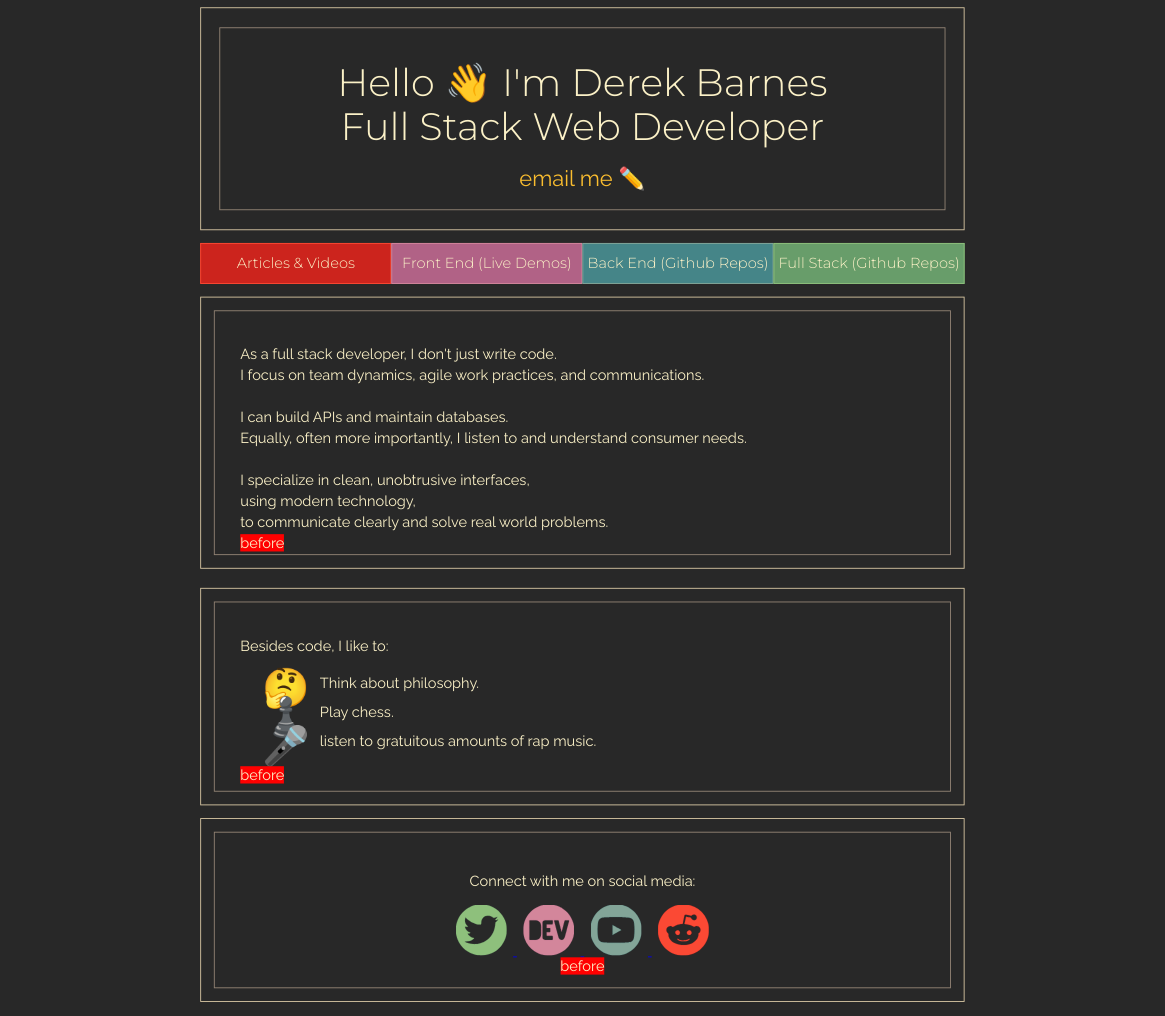
Repository: dsbarnes/groovy-blog
Page: index.html
These files come from the project's save history. The page is drawn as it stood at one moment and after the next save; the edit follows.
The browser window is 1280 px wide. The pictures show the whole page, at 91% of full size.
The style sheet was rebuilt from its Sass, Less or Tailwind sources for each picture, by a compiler version that may differ from the author's.

Above is the page before, as saved 2020-05-11 16:06:17.

### index.html
<!DOCTYPE html>
<html lang="en">

<head>
    <meta charset="UTF-8">
    <meta name="viewport" content="width=device-width, initial-scale=1.0">
    <link href="https://fonts.googleapis.com/css2?family=Montserrat:wght@300&display=swap" rel="stylesheet">
    <link href="https://fonts.googleapis.com/css2?family=Raleway&display=swap" rel="stylesheet">

    <title>D.S. Barnes</title>

    <link rel="stylesheet" href="./CSS/style.css">
</head>

<body>
    <div class="container">

        <div id='nameCard'>
            <div id="doubleBorder">
                <p>Hello 👋 I'm Derek Barnes</p>
                <p>Full Stack Web Developer</p>
                <br />
                <small><a href='mailto:derekb0147@gmail.com'>email me ✏️</a></small>
                <br />
            </div>
        </div>

        <div id='selections'>
            <p class='nav' data-color='red' id='articles'>Articles & Videos</p>
            <p class='nav' data-color='purple' id='frontend'>Front End (Live Demos)</p>
            <p class='nav' data-color='blue' id='backend'>Back End (Github Repos)</p>
            <p class='nav' data-color='aqua' id='fullstack'>Full Stack (Github Repos)</p>
        </div>

        <!-- <button id="toggle-button">Toggle collapse</button> -->

        <!-- Section one -->
        <div class="content">
            <div class='double-border'>
                <div id='content-section-text'>
                    <p>As a full stack developer, I don't just write code.</p>
                    <p>I focus on team dynamics, agile work practices, and communications.</p>
                    <br />
                    <p>I can build APIs and maintain databases.</p>
                    <p>Equally, often more importantly, I listen to and understand consumer needs.</p>
                    <br />
                    <p>I specialize in clean, unobtrusive interfaces,</p>
                    <p>using modern technology,</p>
                    <p>to communicate clearly and solve real world problems.</p>
                </div>
            </div>
        </div>


        <!-- Section two -->
        <div class="hobbies">
            <div class='double-border'>

                <p>Besides code, I like to:</p>
                <br />

                <p class='xpad'>
                    <span class='bigEmoji'>🤔</span>
                    <span class='emojiText'>Think about philosophy.</span>
                </p>

                <p class='xpad'>
                    <span class='bigEmoji'>♟️</span>
                    <span class='emojiText'>Play chess.</span>
                </p>

                <p class='xpad'>
                    <span class='bigEmoji'>🎤</span>
                    <span class='emojiText'>listen to gratuitous amounts of rap music.</span>
                </p>
            </div>
        </div>


        <!-- Section three -->
        <div class="social-media">
            <div class="double-border">

                <p>Connect with me on social media:</p>

                <div id='media-icons'>
                    <a href='https://twitter.com/DerekBarnes0' id='twitter'>
                        <img src='../SVG/twitterLogo.svg'>
                    </a></img>

                    <a href='https://dev.to/dsbarnes' id="devto">
                        <img src='../SVG/devLogo.svg'>
                    </a></img>

                    <a href='https://www.youtube.com/channel/UC4wXeImm3FqzbxJvwSMoQFg?view_as=subscriber' id='youtube'>
                        <img src='../SVG/youtubeLogo.svg'>
                    </a></img>

                    <a href='https://www.reddit.com/user/snipethebird' id='reddit'>
                        <img src='../SVG/redditLogo.svg'>
                    </a></img>
                </div>

            </div>
        </div>

    </div><!-- container -->

    <script type=module src="index.js"></script>
</body>

</html>

### index.js
import articles from './components/articles.js'
import repos from './components/repos.js'

import articlesData from './siteData/articles.js'
import backendData from './siteData/backEnd.js'
import frontendData from './siteData/frontEnd.js'
import fullstackData from './siteData/fullStack.js'

const handleRemoveData = () => {
    const sections = Array.from(document.querySelectorAll('[id*="section-text"]'))

    for (const section of sections) {
        const elementsToRemove = Array.from(section.children)
        for (const element of elementsToRemove)
            element.remove()
    }
}

const populateData = (id) => {
    id == 'articles' && articles(articlesData)
    id == 'frontend' && repos(frontendData)
    id == 'backend' && repos(backendData)
    id == 'fullstack' && repos(fullstackData)
}

const handleTransition = (id) => {
    // Adds overflow: scroll to the content car:
    document.querySelector('.content')
        .classList.add('collapsed')

    // Shrinks and fades out the middle card:
    document.querySelector('.hobbies')
        .classList.add('collapsed')

    // Adjusts the social media card:
    document.querySelector('.social-media')
        .classList.add('collapsed')

    populateData(id)
}

let active = null
document.querySelectorAll('.nav')
    .forEach(btn => btn.addEventListener('click', function () {
        // Set active section
        // Click the currently active section does nothing
        if (active == this.id) return
        active = this.id

        handleRemoveData()

        const hobbies = document.querySelector('.hobbies').classList
        // If hobbies is collapsed then only repopulate the data
        hobbies.contains('collapsed') ?
            // Fades in the articles:
            populateData(this.id) :
            // Fades out about card, then runs populateData()
            handleTransition(this.id)
    }))

### components/articles.js
function modules(arr) {
    const root = document.getElementById('content-section-text')

    // Conceptually this is the same thing as
    // handleElementSection in repos.js
    // however, it builds two different components.
    const handleElementSection = (element) => {
        const container = document.createElement('div')
        const title = document.createElement('h1')
        const date = document.createElement('p')
        const short = document.createElement('p')

        title.innerHTML = element['Title']
        container.appendChild(title)

        date.innerHTML = element['Date']
        container.appendChild(date)

        short.innerHTML = element['Short']
        container.appendChild(short)

        container.classList.add('article-repo')
        root.appendChild(container)
    }

    for (const i in arr) {
        // setTimeout is non-blocking
        // IIFE to prevent setTimeout from stacking
        // and executing all at once:
        (() => {
            const element = arr[i]
            setTimeout(() => {
                handleElementSection(element)
                // Not for(of) b/c i is necessary here:
            }, 160 * i)
        })(i)
    }
}

export default modules

### components/repos.js
function repos(arr) {

    const root = document.getElementById('content-section-text')

    // for (const element of arr) {

    // Conceptually this is the same thing as
    // handleElementSection in articles.js
    // however, it builds two different components.
    const handleElementSection = (element) => {
        const container = document.createElement('div')
        const titleAndLinks = document.createElement('div')
        const title = document.createElement('h1')
        const repolink = document.createElement('p')
        const demolink = document.createElement('p')
        const description = document.createElement('p')

        titleAndLinks.classList.add('repo-title-links')

        title.innerHTML = element['Repo']
        titleAndLinks.appendChild(title)

        repolink.innerHTML = element['RepoLink']
        titleAndLinks.appendChild(repolink)

        if (element['DemoLink'] != undefined) {
            demolink.innerHTML = element['DemoLink']
            container.appendChild(demolink)
            titleAndLinks.appendChild(demolink)
        }

        container.appendChild(titleAndLinks)

        description.innerHTML = element['Description']
        description.classList.add('repo-description')
        container.appendChild(description)

        container.classList.add('article-repo')
        root.appendChild(container)
    }

    // }

    for (const i in arr) {
        // setTimeout is non-blocking
        // IIFE to prevent setTimeout from stacking
        // and executing all at once:
        (() => {
            const element = arr[i]
            setTimeout(() => {
                handleElementSection(element)
            }, 200 * i)
        })(i)
    }
}

export default repos

### siteData/articles.js
const articleData = [
    {
        "Title": "Article Project One",
        "Date": "date-posted",
        "Short": "Lorem ipsum"
    },
    {
        "Title": "Article Project Two",
        "Date": "date-posted",
        "Short": "fjdklsafjdlks;fajsdl;f"
    },
    {
        "Title": "Article Project Three",
        "Date": "date-posted",
        "Short": "fjdklsafjdlks;fajsdl;f"
    },
    {
        "Title": "Article Project Four",
        "Date": "date-posted",
        "Short": "fjdklsafjdlks;fajsdl;f"
    },
    {
        "Title": "Article Project Five",
        "Date": "date-posted",
        "Short": "fjdklsafjdlks;fajsdl;f"
    }
]

export default articleData

### siteData/backEnd.js
const backendData = [
    {
        "Repo": "Back End Project One",
        "RepoLink": "blah.com",
        "Description": "README.md"
    },
    {
        "Repo": "Back End Project Two",
        "RepoLink": "blah.com",
        "Description": "README.md"
    },
    {
        "Repo": "Back End Project Three",
        "RepoLink": "blah.com",
        "Description": "README.md"
    },
    {
        "Repo": "Back End Project Four",
        "RepoLink": "blah.com",
        "Description": "README.md"
    },
    {
        "Repo": "Back End Project Five",
        "RepoLink": "blah.com",
        "Description": "README.md"
    }
]

export default backendData

### siteData/frontEnd.js
const frontendData = [
    {
        "Repo": "Front End Project One",
        "RepoLink": "blah.com",
        "DemoLink": "demo link",
        "Description": "Lorem ipsum dolor sit amet, consectetur adipiscing elit, sed do eiusmod tempor incididunt ut labore et dolore magna aliqua. Dolor sit amet consectetur adipiscing elit duis tristique.Lorem ipsum dolor sit amet, consectetur adipiscing elit, sed do eiusmod tempor incididunt ut labore et dolore magna aliqua. Dolor sit amet consectetur adipiscing elit duis tristique.Lorem ipsum dolor sit amet, consectetur adipiscing elit, sed do eiusmod tempor incididunt ut labore et dolore magna aliqua. Dolor sit amet consectetur adipiscing elit duis tristique."
    },
    {
        "Repo": "Front End Project Two",
        "RepoLink": "blah.com",
        "DemoLink": "demo link",
        "Description": "README.md"
    },
    {
        "Repo": "Front End Project Three",
        "RepoLink": "blah.com",
        "DemoLink": "demo link",
        "Description": "README.md"
    },
    {
        "Repo": "Front End Project Four",
        "RepoLink": "blah.com",
        "DemoLink": "demo link",
        "Description": "README.md"
    },
    {
        "Repo": "Front End Project Five",
        "RepoLink": "blah.com",
        "DemoLink": "demo link",
        "Description": "README.md"
    }
]

export default frontendData

### siteData/fullStack.js
const fullstackData = [
    {
        "Repo": "Full Stack Project One",
        "RepoLink": "blah.com",
        "Description": "README.md"
    },
    {
        "Repo": "Full Stack Project Two",
        "RepoLink": "blah.com",
        "Description": "README.md"
    },
    {
        "Repo": "Full Stack Project Three",
        "RepoLink": "blah.com",
        "Description": "README.md"
    },
    {
        "Repo": "Full Stack Project Four",
        "RepoLink": "blah.com",
        "Description": "README.md"
    },
    {
        "Repo": "Full Stack Project Five",
        "RepoLink": "blah.com",
        "Description": "README.md"
    }
]

export default fullstackData

### style.scss
// Main Container:
// Sizings - everything is a multiple of 14!!
$container-width: 840px;
$container-height: 1100px;
$outer-width: $container-width * .8;
$margin-pad-sizing: 14px;


// Gruvbox colors:
$background-color: #282828;
$background-alt-color: #3c3836;
$font-color: #fbf1c7;
$font-alt-color: #ebdbb2;
$outer-border: #d5c4a1;
$inner-border: #928374;
$red-color: #cc241d;
$light-red-color: #fb4934;
$green-color: #98971a;
$light-green-color: #b8bb26;
$yellow-color: #d79921;
$light-yellow-color: #fabd2f;
$blue-color: #458588;
$light-blue-color: #83a598;
$purple-color: #b16286;
$light-purple-color: #d3869b;
$aqua-color: #689d6a;
$light-aqua-color: #8ec07c;


// Font:
$title-font: 'Montserrat', sans-serif;
$body-font: 'Raleway', sans-serif;
$title-font-size: 42px;
$body-font-size: 16px;


//Mixins:
@mixin bg-border($bg-color, $border-color){
  background-color: $bg-color;
  border: 1px solid $border-color;
}
@mixin font-fam-size($fam, $size){
  font-family: $fam;
  font-size: $size;
}
@mixin sectionButton($bg-color, $border-color){
  @include bg-border($bg-color, $border-color);
  @include font-fam-size($title-font, $body-font-size);
  display: inline-block;
  margin: 0 auto;
  //That just looks best as 12, idk.
  padding: 12px 0px;
  text-align: center;
  width: (($container-width / 4));
}

// Keyframes:
@keyframes fade-in{
  from{color: $background-color;}
  to{ color: $font-color; }
}
.article-repo{ animation: fade-in 2.5s forwards;}


// Overall styling:
* { box-sizing:border-box; }
body{ background-color: $background-color; color: $font-color }
//Everything visible is inside this container:
.container {
  display:flex;
  flex-direction:column;
  justify-content:flex-start;
  width: $container-width;
  margin: 0 auto;
  // we're required to set height explicitly
  height: $container-height;
}
h1{ @include font-fam-size($title-font, $title-font-size/1.25)}


// Name Card
#nameCard{
  border: 1px solid $outer-border;
  padding: $margin-pad-sizing/2;
  text-align: center;
  line-height: $margin-pad-sizing/2;

  small{ @include font-fam-size($body-font, $body-font-size*1.5); }
  a{ text-decoration: none; color: $light-yellow-color }

  #doubleBorder{
      @include bg-border($background-color, $inner-border);
      p{ @include font-fam-size($title-font, $title-font-size);}
      margin: $margin-pad-sizing auto;
      padding: $margin-pad-sizing;
      padding-bottom: $margin-pad-sizing*2;

      // 14px b/c of margin.
      // Why *3? Good question.
      width: ($container-width - 14px*3);
  }
}


// Nav 'buttons'
#selections{
  display: flex;
  justify-content: space-between;
  margin-top: $margin-pad-sizing;
}
#articles{ @include sectionButton($red-color, $light-red-color) }
#frontend{ @include sectionButton($purple-color, $light-purple-color) }
#backend{ @include sectionButton($blue-color, $light-blue-color) }
#fullstack{ @include sectionButton($aqua-color, $light-aqua-color) }

// General double border settings, different from
// name card b/c ...damnit
.double-border{
  border: 1px solid $inner-border;
  // Variables not working in calc()
  // will investigate.
  height: calc(100% - 28px); // $margin-pad-size*2
  width: calc(100% - 28px);  // $margin-pad-size*2
  margin: $margin-pad-sizing auto 0 auto;
  padding: $margin-pad-sizing*2;
}

// This is the section that expands:
.content{
  @include bg-border($background-color, $outer-border);
  @include font-fam-size($body-font, $body-font-size);

  ::-webkit-scrollbar {
    display: block;
    background: $background-color;
    width: 7px;
  }

  ::-webkit-scrollbar-track { background: transparent; }

  ::-webkit-scrollbar-thumb {
    -webkit-border-radius: 5px;
    background:$background-alt-color;
  }
  ::-webkit-scrollbar-track-piece:end {
    background: transparent;
    margin-bottom: 10px;
  }
  ::-webkit-scrollbar-track-piece:start {
    background: transparent;
    margin-top: 10px;
  }

  line-height: $margin-pad-sizing/2;
  margin: $margin-pad-sizing 0;
  overflow: hidden;
  flex: 3;
}
.double-border::after {
  content:'before';
  height: 420px;
  // position: absolute;
  // z-index: -1;
  height: calc(100% - 20px);
  // top: 10px;
  // right: -1px;
  width: 7px;
  background: red;
}
.content.collapsed{
  .double-border{
    overflow-y: scroll;
    overflow-x: hidden;
  }
}

.article-repo{
  margin-bottom: $margin-pad-sizing*4;
  h1{ margin: $margin-pad-sizing 0; }
  p{line-height: $margin-pad-sizing*1.5; }
  .repo-title-links p{
    width: $container-width/10;
    display: inline-block;
  }
  .repo-description{
    margin: 0px;
    line-height: $margin-pad-sizing*1.5;
  }
}


// This section dissapears:
.hobbies {
  // note that we're transitioning flex, not height!
  @include bg-border($background-color, $outer-border);
  @include font-fam-size($body-font, $body-font-size);
  line-height: $margin-pad-sizing/2;
  margin: $margin-pad-sizing/2 0;
  flex: 2;
  .bigEmoji{ font-size: $title-font-size; }
  .xpad{ padding-left: 24px; }
  .emojiText{
      position: relative;
      bottom: $margin-pad-sizing;
      padding-left: $margin-pad-sizing/2;
  }
  transition:all 0.7s ease;
}
.hobbies.collapsed {
  border: 0px solid $background-color;
  color: $background-color;
  overflow: hidden;
  flex: 0;
  // Big number to squeze box inward
  margin: 0 $margin-pad-sizing * 7;
}


// This section appears to never change
.social-media{
  @include bg-border($background-color, $outer-border);
  @include font-fam-size($body-font, $body-font-size);
  text-align: center;
  margin: $margin-pad-sizing/2 0;
  flex: 2;
  transition: all 0.6s ease;
}
.social-media.collapsed{
  flex: 1;
  #media-icons{
    // Why 20? Good question.
    margin-bottom:
      $margin-pad-sizing + $margin-pad-sizing/2 + 1;
  }
}
// Social Media Icons:
#media-icons{
  width: $container-width / 2;
  margin: 0 auto;
  text-align: center;
  line-height: $margin-pad-sizing;
  img{ width: $margin-pad-sizing*4; margin: 0 $margin-pad-sizing/2; }
}

After the next save:
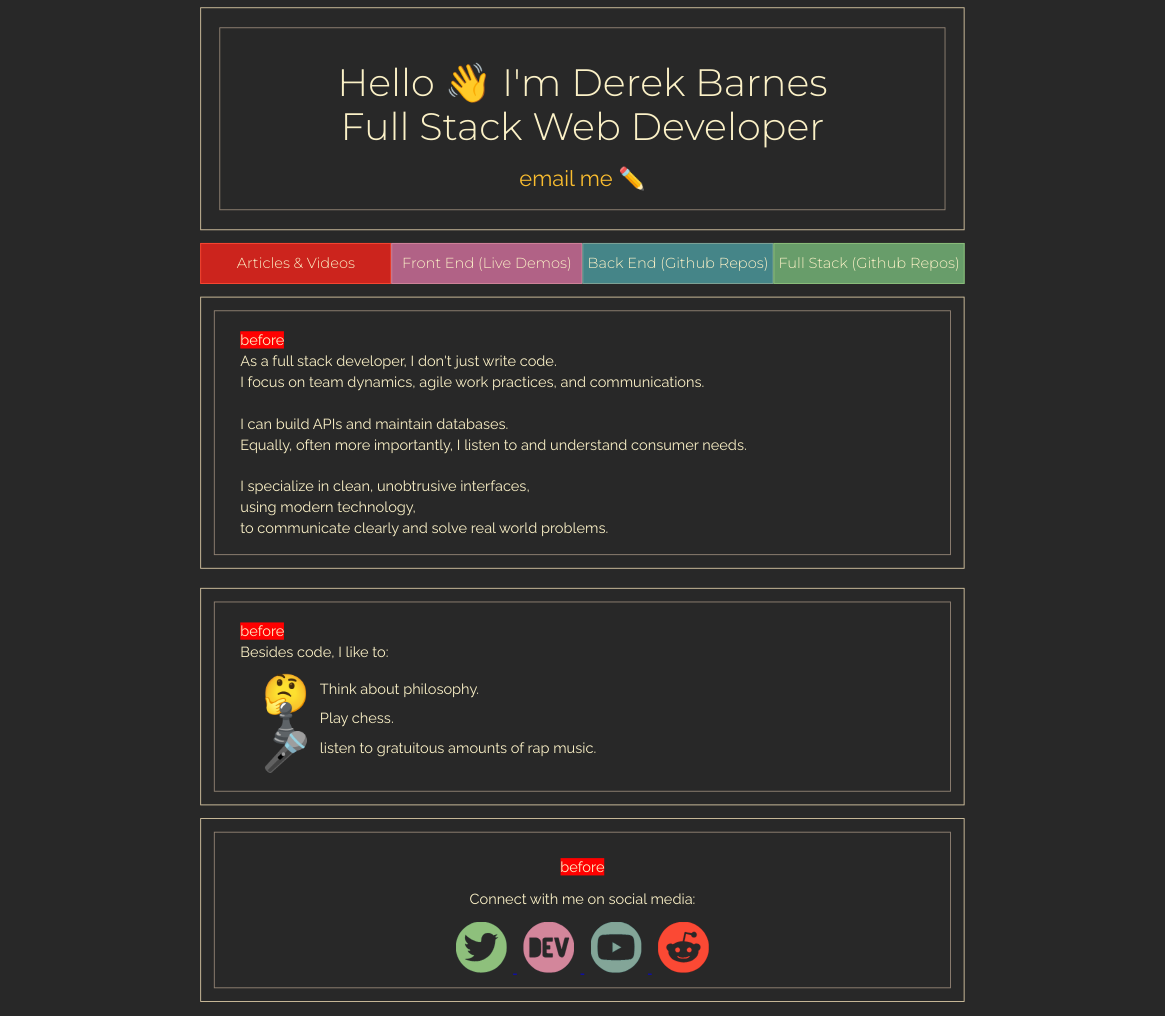
Saved 24 s later.
--- a/style.scss
+++ b/style.scss
@@ -156,9 +156,8 @@ h1{ @include font-fam-size($title-font, $title-font-size/1.25)}
   overflow: hidden;
   flex: 3;
 }
-.double-border::after {
+.double-border::before {
   content:'before';
-  height: 420px;
   // position: absolute;
   // z-index: -1;
   height: calc(100% - 20px);
